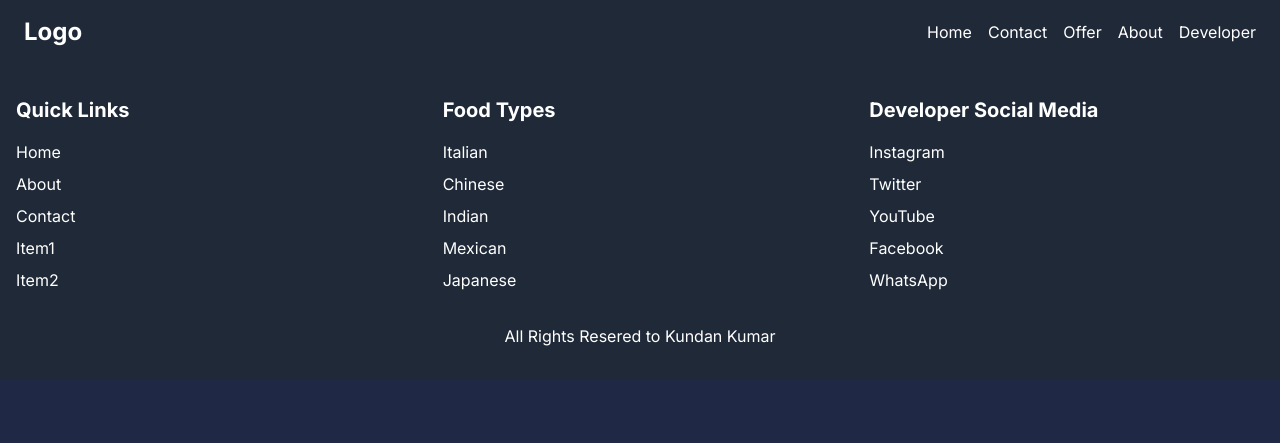
Repository: its-kundan/food-on-time
Page: /
The author's editor kept a copy of each file at every save. The page is drawn from the files as they stood at one save, then again after the next save.
The browser window is 1280 px wide. The pictures show the whole page.
The project was rebuilt for these pictures with package versions that can differ from the ones it lists, and the page was loaded fresh each time. The framework's server and built-in components were replaced by stand-ins that run in the browser. Also part of the build but not shown: next.config.mjs.

Above is the page before, as saved 2024-07-25 09:06:27.

After the next save:
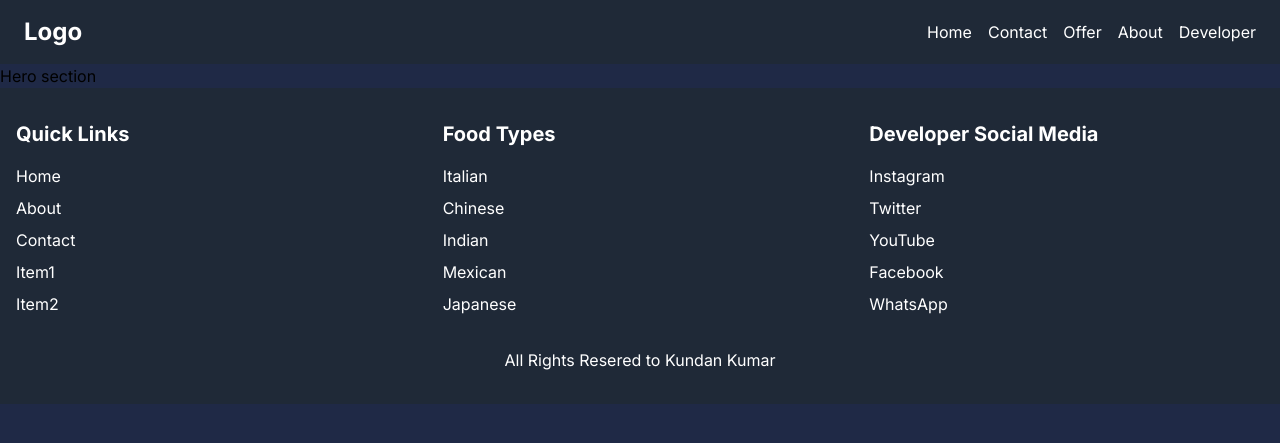
Saved 6 s later.
--- a/src/app/page.js
+++ b/src/app/page.js
@@ -6,7 +6,7 @@ export default function Home() {
   return (
    <main className="bg-grey-800 ">
     <Header/>
-    <div> </div>
+    <div> Hero section</div>
     <Footer/>
 
 
